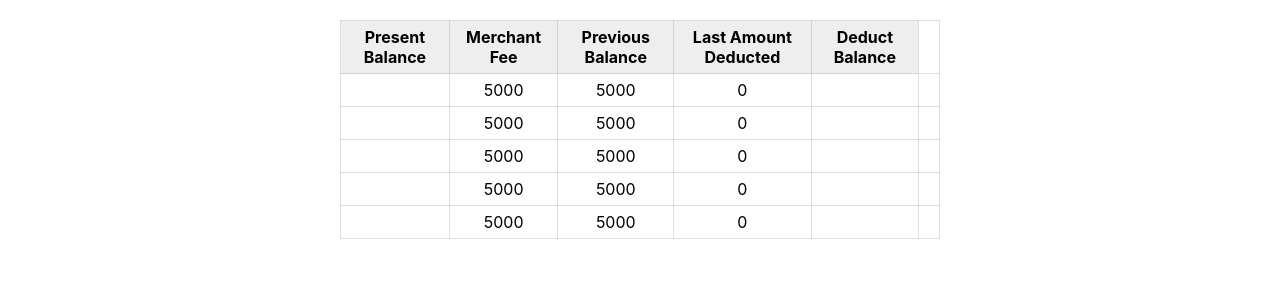
Repository: Anubhavgarg/pomelopay
Page: / (app in my-app/)
The author's editor kept a copy of each file at every save. The page is drawn from the files as they stood at one save, then again after a run of saves.
The browser window is 1280 px wide. The pictures show the whole page.
The project was rebuilt for these pictures with package versions that can differ from the ones it lists, and the page was loaded fresh each time.

Above is the page before, as saved 2020-02-22 00:20:00.

### my-app/src/App.js
import React from 'react';
import './App.css';

function App() {
  const [itemList, setItemList] = React.useState({
    list: []
  });
  React.useEffect(() => {
    fetch('http://localhost:3000/App.json')
      .then(results => results.json())
      .then(data => {
        console.log("data:", data);
        setItemList({ ...itemList, list: data.response });
      });
  }, []);
  return (
    <div className="App">
      <table>
        <thead>
          <tr>
            <th>Present Balance</th>
            <th>Merchant Fee</th>
            <th>Previous Balance</th>
            <th>Last Amount Deducted</th>
            <th>Deduct Balance</th>
          </tr>
        </thead>
        <tbody>
          {
            itemList.list.map(item => {
              return (
                <tr key={item.presentBalance}>
                  <td>{item.merhantFee}</td>
                  <td>{item.previousBalance}</td>
                  <td>{item.previousBalance}</td>
                  <td>{item.deductBalance}</td>
                  <td>{item.available}</td>
                  <td>{item.available}</td>
                </tr>
              )
            })
          }

        </tbody>
      </table>
    </div>
  );
}

export default App;

### my-app/src/App.css
.App {
  text-align: center;
}

table{
  width: 100%;
  max-width: 600px;
  margin: 20px auto;
  border-collapse: collapse;
}

table, th, td {
  border: 1px solid rgba(102,102,102,0.2);
}
th,td{
  padding: 6px 10px;
}
th{
  background-color: #eee;
}

### my-app/public/App.json
{
    "response": [{
        "presentBalance": 10000,
        "merchantFee": 50,
        "previousBalance": 5000,
        "lastAmountDeducted": 5000,
        "deductBalance": 0
    }, {
        "presentBalance": 100000,
        "merchantFee": 50,
        "previousBalance": 5000,
        "lastAmountDeducted": 5000,
        "deductBalance": 0
    }, {
        "presentBalance": 50000,
        "merchantFee": 50,
        "previousBalance": 5000,
        "lastAmountDeducted": 5000,
        "deductBalance": 0
    }, {
        "presentBalance": 300000,
        "merchantFee": 50,
        "previousBalance": 5000,
        "lastAmountDeducted": 5000,
        "deductBalance": 0
    }, {
        "presentBalance": 34000,
        "merchantFee": 50,
        "previousBalance": 5000,
        "lastAmountDeducted": 5000,
        "deductBalance": 0
    }]
}

Loaded but not shown: my-app/public/index.html (common file); my-app/src/index.js (common file); my-app/src/index.css (common file); my-app/src/serviceWorker.js (common file)

After the next 2 saves:
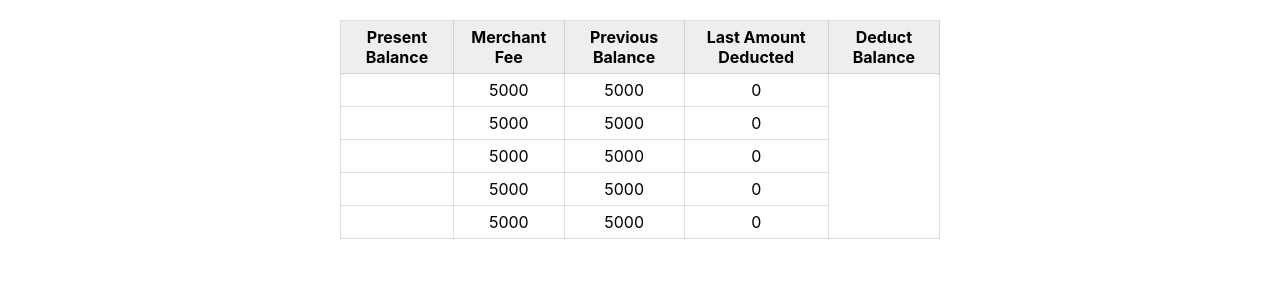
The 2 saves are shown as one change because they came seconds apart.
The last was saved 10 s later.
--- a/my-app/src/App.js
+++ b/my-app/src/App.js
@@ -32,10 +32,8 @@ function App() {
                 <tr key={item.presentBalance}>
                   <td>{item.merhantFee}</td>
                   <td>{item.previousBalance}</td>
-                  <td>{item.previousBalance}</td>
+                  <td>{item.lastAmountDeducted}</td>
                   <td>{item.deductBalance}</td>
-                  <td>{item.available}</td>
-                  <td>{item.available}</td>
                 </tr>
               )
             })
